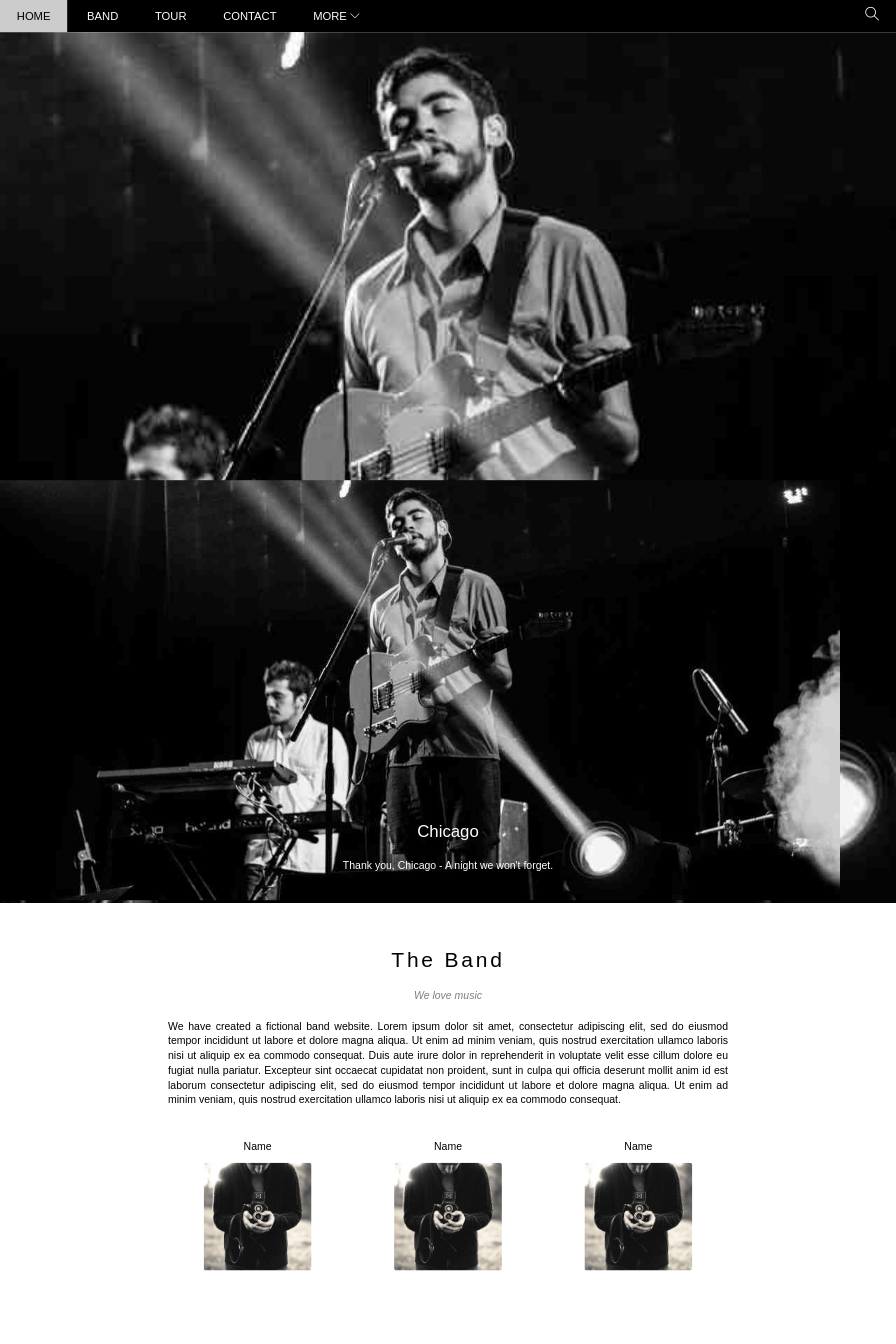
Repository: ducvui2003/LTCB
Page: index.html
The author's editor kept a copy of each file at every save. The page is drawn from the files as they stood at one save, then again after the next save.
The browser window is 1280 px wide. The pictures show the part of the page from y = 0 to 1920 px (the page is 4108 px tall before and 3504 px after), at 70% of full size.

Above is the page before, as saved 2022-01-16 09:13:58.

### index.html
<!DOCTYPE html>
<html lang="en">

<head>
    <meta charset="UTF-8">
    <meta http-equiv="X-UA-Compatible" content="IE=edge">
    <meta name="viewport" content="width=device-width, initial-scale=1.0">
    <title>The Band</title>
    <link rel="icon" type="image/x-icon" href="https://cdn-icons-png.flaticon.com/512/1753/1753311.png">
    <link rel="stylesheet" href="./assest/Css/styles.css">
    <link rel="stylesheet" href="./assest/Fonts/themify-icons-font (1)/themify-icons/themify-icons.css">
</head>

<body>
    <div id="main">
        <!-- Begin: Header -->
        <div id="header">
            <!-- Begin: Nav -->
            <ul id="nav">
                <li>
                    <a href="#">Home</a></li>
                <li>
                    <a href="#band">Band</a>
                </li>
                <li>
                    <a href="#tour">Tour</a>
                </li>
                <li>
                    <a href="#contact">Contact</a>
                </li>
                <li>
                    <a href="#">
                        More
                        <!-- icons -->
                        <i class="nav-arrow-down ti-angle-down"></i>
                    </a>
                    <ul class="subnav">
                        <li>
                            <a href="">Merchandise</a>
                        </li>
                        <li>
                            <a href="">Extras</a>
                        </li>
                        <li>
                            <a href="">Media</a>
                        </li>
                    </ul>
                </li>
            </ul>
            <!-- End: Nav -->
            <!-- Begin: Search button -->
            <div class="search-button">
                <i class="search-icon ti-search"></i>
            </div>
            <!-- End: Search button -->
        </div>
        <!-- End: Header -->

        <!-- Begin: Slides -->
        <div id="slides">
            <img src="./assest/Img/Slides/slide1.jpg" alt="Chicago">
            <div class="text-content">
                <h2 class="text-heading">Chicago</h2>
                <div class="text-paragraph">Thank you, Chicago - A night we won't forget.
                </div>
            </div>
        </div>
        <!-- End: Slides -->

        <!-- Begin: Content -->
        <div id="content">

            <!-- About section -->
            <div id="band" class="content-section">
                <h1 class="section-heading">The Band</h1>
                <p class="section-sub-heading">We love music

                </p>
                <p class="content-text">We have created a fictional band website. Lorem ipsum dolor sit amet, consectetur adipiscing elit, sed do eiusmod tempor incididunt ut labore et dolore magna aliqua. Ut enim ad minim veniam, quis nostrud exercitation ullamco laboris nisi
                    ut aliquip ex ea commodo consequat. Duis aute irure dolor in reprehenderit in voluptate velit esse cillum dolore eu fugiat nulla pariatur. Excepteur sint occaecat cupidatat non proident, sunt in culpa qui officia deserunt mollit anim
                    id est laborum consectetur adipiscing elit, sed do eiusmod tempor incididunt ut labore et dolore magna aliqua. Ut enim ad minim veniam, quis nostrud exercitation ullamco laboris nisi ut aliquip ex ea commodo consequat.</p>

                <!-- Team section -->
                <div class="row member-list">
                    <div class="col col-third text-align">
                        <p class="member-name">Name</p>
                        <img src="./assest/Img/Teams/membersAvatar.jpg" alt="Name" class="member-avatar">
                    </div>

                    <div class="col col-third text-align">
                        <p class="member-name">Name</p>
                        <img src="./assest/Img/Teams/membersAvatar.jpg" alt="Name" class="member-avatar">
                    </div>

                    <div class="col col-third text-align">
                        <p class="member-name">Name</p>
                        <img src="./assest/Img/Teams/membersAvatar.jpg" alt="Name" class="member-avatar">
                    </div>

                </div>
            </div>

            <!-- Tour section -->
            <div id="tour" class="tour-section">
                <div class="content-section">
                    <h1 class=" text-white section-heading">TOUR DATES</h1>
                    <p class="text-white section-sub-heading">Remember to book your tickets!</p>

                    <!-- Ticket-list -->
                    <ul class="ticket-list">
                        <li>September<span class="sold-out">Sold out</span></li>
                        <li>October<span class="sold-out">Sold out</span></li>
                        <li>November <span class="quantity">3</span></li>
                    </ul>

                    <!-- Places -->
                    <div class="row place-list">
                        <!-- Place 1 -->
                        <div class="col col-third">
                            <img src="./assest/Img/Places/place1.jpg" alt="New York" class="place-img">
                            <div class="place-body">
                                <h3 class="place-heading">New York</h3>
                                <p class="place-time">Fri 27 Nov 2016</p>
                                <p class="place-desc">Praesent tincidunt sed tellus ut rutrum sed vitae justo.</p>
                                <button class="btn js-buy-ticket">Buy Tickets</button>
                            </div>
                        </div>
                        <!-- Place 2 -->
                        <div class="col col-third">
                            <img src="./assest/Img/Places/place2.jpg" alt="Paris" class="place-img">
                            <div class="place-body">
                                <h3 class="place-heading">Paris</h3>
                                <p class="place-time">Sat 28 Nov 2016</p>
                                <p class="place-desc">Praesent tincidunt sed tellus ut rutrum sed vitae justo.</p>
                                <button class="btn js-buy-ticket">Buy Tickets</button>
                            </div>
                        </div>
                        <!-- Place 3 -->
                        <div class="col col-third">
                            <img src="./assest/Img/Places/place3.jpg" alt="San Francisco" class="place-img">
                            <div class="place-body">
                                <h3 class="place-heading">San Francisco</h3>
                                <p class="place-time">Sun 29 Nov 2016</p>
                                <p class="place-desc">Praesent tincidunt sed tellus ut rutrum sed vitae justo.</p>
                                <button class="btn js-buy-ticket">Buy Tickets</button>
                            </div>
                        </div>

                    </div>
                </div>
            </div>

            <!-- Contact-section -->
            <div id="contact" class="content-section">
                <h1 class="section-heading">CONTACT</h1>
                <p class="section-sub-heading">Fan? Drop a note! </p>

                <div class="row contact-content">
                    <div class="col col-half contact-info">
                        <p><i class="ti-location-pin"></i>Chicago, US</p>
                        <p><i class="ti-mobile"></i>Phone: +00 151515</p>
                        <p><i class="ti-email"></i>Email: mail@mail.com</p>
                    </div>
                    <div class="col col-half contact-form">
                        <!-- Form -->
                        <form action="">
                            <div class="row ">

                                <div class="col col-half ">
                                    <input type="text" required placeholder="Name" class="form-control">
                                </div>

                                <div class="col col-half">
                                    <input type="email" required placeholder="Email" class="form-control">
                                </div>

                            </div>
                            <div class="row mt-8">
                                <div class="col col-full">
                                    <input type="text" required placeholder="Message" class="form-control">
                                </div>
                            </div>
                            <input class=" btn mt-16 pull-right" type="submit" value="SEND">
                        </form>
                    </div>

                </div>
            </div>
        </div>
        <!-- End: Content-section -->

        <div class="map-section"><img src="./assest/Img/map.jpg" alt="Map"></div>
        <!-- End: Content -->

        <!-- Begin: Footer -->
        <div id="footer">
            <div class="social-list">
                <a href=""><i class="ti-facebook"></i></a>
                <a href=""><i class="ti-instagram"></i></a>
                <a href=""><i class="ti-github"></i></a>
                <a href=""><i class="ti-pinterest"></i></a>
                <a href=""><i class="ti-twitter-alt"></i></a>
                <a href=""><i class="ti-linkedin"></i></a>
            </div>
            <p class="copyrigth">Powered by <a href="">w3.css</a></p>
        </div>
        <!-- End: Footer -->

    </div>
    </div>

    <!-- Modal -->
    <div class="modal js-modal">

        <div class="modal-container js-modal-container">
            <div class="modal-close js-modal-close">
                <ti class="ti-close"></ti>
            </div>

            <!-- Thẻ header dùng y như thẻ div -->
            <header class="heading-modal">
                <i class="ti-bag">
            Tickets
            </i>
            </header>

            <div class="modal-body">
                <!-- quantity is id of input, it help user focus in label -->
                <label for="ticket-quantity" class="modal-label">
                    <i class="ti-shopping-cart"></i>
                    Tickets, $15 per person
                </label>
                <input id="ticket-quantity" type="text" class="modal-input" placeholder="How many?">

                <!-- quantity is id of input, it help user focus in label -->
                <label for="ticket-email" class="modal-label">
                    <i class="ti-user"></i>
                    Send To
                </label>
                <input id="ticket-email" type="email" class="modal-input" placeholder="Enter email">
                <button class="pay-ticket">
                    Pay
                    <i class="ti-check">
                    </i>
                </button>
            </div>

            <footer class="modal-footer">
                <p class="modal-help">Need <a href="">help?</a></p>
            </footer>
        </div>
    </div>


    <script>
        // querySelectorAll: Lấy ra tất cả
        const buyBtns = document.querySelectorAll('.js-buy-ticket')
            // querySelector: Lấy ra 1 thành phần
        const modal = document.querySelector('.modal')
        const modalClose = document.querySelector('.js-modal-close')
        const modalContainer = document.querySelector('.js-modal-container')

        // Function use to show modal tickets(add open to .modal)
        function showBuyTickets() {
            modal.classList.add('open')
        }

        // Function use to hide modal tikets (remove open of .modal)
        function hideBuyTickets() {
            modal.classList.remove('open')
        }

        // Loop 3 button and listen Event Click
        // Run 3 rounds
        for (const buyBtn of buyBtns) {
            // addEventListner: lắng nghe hành vi người dung (click chuột) bên trong là thao tác kèm theo đó là hành động xảy ra sau khi click vào đó, ở đây t để 1 hàm sau dâu (,) để show menu ticket
            buyBtn.addEventListener('click', showBuyTickets)
        }
        // Listen Event when user clicked button close

        modalClose.addEventListener('click', hideBuyTickets)

        modal.addEventListener('click', hideBuyTickets)

        modalContainer.addEventListener('click', function(event) {
            event.stopPropagation()
        })
    </script>
</body>

</html>

### assest/Css/styles.css
/* Common */

* {
    padding: 0;
    margin: 0;
    box-sizing: border-box;
}

html {
    scroll-behavior: smooth;
    font-family: Arial, Helvetica, sans-serif;
}


/* .clear {
    clear: both;
} */

.mt-8 {
    margin-top: 8px !important;
}

.mt-16 {
    margin-top: 16px !important;
}

.text-white {
    color: white !important;
}

.text-align {
    text-align: center !important;
}

.row {
    margin: 0px -8px;
}

.pull-right {
    float: right !important;
}

.btn {
    color: white;
    background-color: black;
    text-decoration: none;
    display: inline-block;
    padding: 11px 16px;
    margin-top: 15px;
    border: none;
    font-size: 15px;
}

.btn:hover {
    color: black;
    background-color: #ccc;
    cursor: pointer;
}


/* peasudo class  */

.row::after {
    content: "";
    display: block;
    clear: both;
}

.col {
    float: left;
    padding: 0 8px;
}

.col-full {
    width: 100%;
}

.col-half {
    width: 50%;
}

.col-third {
    width: calc(100% / 3);
}


/* main */

#main {}

#header {
    position: fixed;
    top: 0;
    right: 0;
    left: 0;
    /* fixed đang nổi lên nó sẽ nhường vị trí cho div slides tiếp theo */
    height: 46px;
    background-color: black;
    z-index: 1;
    /* dùng để thêm vào thẻ fixed nhằm đẩy block lên trên các block khác theo chiều cao, giá trị là 0, 1,... */
}

#nav {
    display: inline-block;
    /* display để thẻ nav chỉ dài đúng nội dung của nó thôi */
}

#nav,
.subnav {
    list-style: none;
}

#nav>li {
    display: inline-block;
}

#nav li {
    position: relative;
}

#nav>li>a {
    color: white;
    text-transform: uppercase;
    /* chinh chu thuong thanh hoa */
}

#nav li a {
    text-decoration: none;
    line-height: 46px;
    padding: 0 24px;
    display: block;
}

#nav li:hover .subnav {
    display: block;
}

#nav>li:hover>a,
#nav .subnav li:hover a {
    background-color: #ccc;
    color: black;
}

#nav li:hover a {
    /* line-height: 46px; */
}

#nav .subnav {
    display: none;
    position: absolute;
    top: 46px;
    background-color: #fff;
    box-shadow: 0 0 10px rgba(0, 0, 0, 0.3);
}

#nav .subnav li a {
    color: black;
    padding: 0 16px;
    line-height: 38px;
    width: 160px;
}

#nav .nav-arrow-down {
    font-size: 14px;
}

#header .search-button {
    float: right;
    /* thẻ search-button là thẻ div, có tính kế thừa chiều ngang, nên khi float vào sẽ vô hiệu hoá tính kế thừa chiều ngang đó */
    line-height: 46px;
    padding: 0 24px;
}

#header .search-button:hover {
    background-color: #f44336;
    cursor: pointer;
    /* Dùng để thay đổi con trỏ chuột khi di vào */
}

#header .search-icon {
    color: white;
    font-size: 20px;
}

#slides {
    /* min-height: 1000px; */
    /* background-color: pink; */
    background: url("/assest/Img/Slides/slide1.jpg") top center / cover no-repeat;
    position: relative;
    /* 50% chieu ngang cua chinh the do */
    /* shorthand */
    margin-top: 46px;
    padding-top: 50%;
}

#slides .text-content {
    position: absolute;
    bottom: 46px;
    left: 50%;
    /* Cách lề trái 50% chiều ngang */
    transform: translateX(-50%);
    /* Dùng để lùi thẻ theo trục X 50% chiều dài -> Mục đích kết hợp vs transform để căn giữa block */
    color: white;
    text-align: center;
    /* Dùng để căn giữa content, ko dùng để căn block */
    /* cách 2: Thêm width: 100% */
    /* /* cách 3 left: 0 right: 0; */
}

#slides .text-heading {
    font-weight: 500;
    /* dùng để điều chỉnh lại độ dày của chữ, giá trị từ 100-1000  */
    font-size: 24px;
    margin-bottom: 25px;
}

#slides .text-paragraph {
    font-size: 15px;
}

#content {}

#content .content-section {
    width: 800px;
    padding: 64px 0 112px;
    margin-left: auto;
    margin-right: auto;
}

#content .section-heading {
    font-size: 30px;
    font-weight: 500;
    text-align: center;
    letter-spacing: 4px;
}

#content .section-sub-heading {
    font-size: 15px;
    text-align: center;
    margin-top: 25px;
    font-style: italic;
    opacity: 0.5;
}

#content .content-text {
    font-size: 15px;
    margin-top: 25px;
    text-align: justify;
    /* Can deu van ban */
    line-height: 1.4;
    /* Khoang cach giua 2 hang chu */
}

#content .member-list {
    margin-top: 48px;
    /* overflow: hidden; */
}

#content .member-name {
    font-size: 15px;
}

#content .member-avatar {
    margin-top: 15px;
    width: 154px;
    /* Dung the <img> thì chỉ cần đặt 1 chiều */
    border-radius: 4px;
    /* Dùng để tạo bo góc của ảnh */
}


/* Tour-section */

#content .tour-section {
    background-color: black;
}


/* Ticket-list */

.ticket-list {
    background-color: white;
    margin-top: 40px;
}

.ticket-list li {
    font-size: 15px;
    padding: 11px 16px;
    border-bottom: 1px solid #ddd;
    color: #757575;
    list-style: none;
}

.ticket-list .sold-out {
    color: white;
    background-color: #f44336;
    margin-left: 16px;
    padding: 3px 4px;
}

.ticket-list .quantity {
    float: right;
    width: 24px;
    height: 24px;
    border-radius: 50%;
    /* Tao bop goc deu de co hinh tron */
    text-align: center;
    line-height: 24px;
    background-color: black;
    color: white;
    margin: -2px;
    /* Có thẻ float nên có thuộc tính block -> xét đc width, height, dùng đc margin (-) */
}


/* Place-list */

.place-list {
    margin-top: 32px;
}


/* .place-ticket {
    width: calc(100% / 3);
} */

.place-img {
    width: 100%;
    display: block;
}

.place-img:hover {
    opacity: 0.6;
}

.place-body {
    background-color: white;
    padding: 16px;
    font-size: 15px;
    /* font-size có tính kế thừa */
}

.place-heading {
    font-size: 15px;
    font-weight: 600;
}

.place-time {
    margin-top: 15px;
    color: #757575;
}

.place-desc {
    margin-top: 15px;
    line-height: 1.4;
}


/* Contact -form */

.contact-content {
    margin-top: 48px;
}

.contact-info {
    font-size: 15px;
    line-height: 1.5;
}

.contact-info i[class*="ti-"] {
    width: 30px;
    display: inline-block;
}

.contact-form {
    font-size: 15px;
}

.contact-form .form-control {
    padding: 10px;
    border: 1px solid #ccc;
    width: 100%;
}


/* .form-submit-btn {
    color: white;
    background-color: black;
    padding: 8px 16px;
    border: 1px solid black;
    float: right;
} */

.map-section img {
    width: 100%;
}


/* Footer */

#footer {
    padding: 64px 16px;
    text-align: center;
}

#footer .social-list {
    margin-bottom: 15px;
    font-size: 24px;
}

#footer .social-list a {
    color: rgba(0, 0, 0, 0.6);
    text-decoration: none;
}

#footer .copyrigth a:hover,
#footer .social-list a:hover {
    color: rgba(0, 0, 0, 0.4);
}

#footer .copyrigth {
    font-size: 15px;
    color: rgba(0, 0, 0, 0.6);
}

#footer .copyrigth a {
    color: rgba(0, 0, 0, 0.6);
}


/* Modal */

.modal {
    /* Create Overlay */
    position: fixed;
    left: 0;
    right: 0;
    top: 0;
    bottom: 0;
    background-color: rgba(0, 0, 0, 0.4);
    /* Flex-box */
    /* Căn items theo chiều cao */
    align-items: center;
    /* Căn items theo chiều ngang */
    justify-content: center;
    display: none;
}

.modal.open {
    display: flex;
}

.modal-container {
    background-color: #fff;
    width: 900px;
    max-width: calc(100% - 32px);
    min-height: 200px;
    position: relative;
    animation: modalFadeIn ease 0.5s;
}

.modal-container .modal-close {
    position: absolute;
    top: 0;
    right: 0;
    font-size: 24px;
    color: white;
    /* Make Icon large */
    padding: 12px;
}

.modal-container .modal-close:hover {
    color: black;
    background-color: #ccc;
    cursor: pointer;
    opacity: 0.8;
}

.heading-modal {
    width: 100%;
    height: 129px;
    /* flex */
    display: flex;
    align-items: center;
    justify-content: center;
    background-color: #009688;
    font-size: 30px;
    color: white;
    font-family: 'Segoe UI', Tahoma, Geneva, Verdana, sans-serif;
    letter-spacing: 4px;
}

.modal-body {
    padding: 16px;
}

.modal-label {
    display: block;
    font-size: 15px;
    margin-bottom: 12px;
}

.modal-input {
    padding: 8px;
    border: 1px solid #ccc;
    width: 100%;
    font-size: 15px;
    margin-bottom: 24px;
}

.pay-ticket {
    width: 100%;
    padding: 18px;
    background-color: #009688;
    color: white;
    font-size: 15px;
    border: 0px none;
    text-transform: uppercase;
}

.pay-ticket:hover {
    color: black;
    background-color: #ccc;
    cursor: pointer;
    opacity: 0.9;
}

.modal-footer {
    padding: 16px;
    text-align: right;
}

.modal-footer .modal-help a {
    color: #2196F3;
}


/* animation */

@keyframes modalFadeIn {
    from {
        opacity: 0;
        transform: translateY(-140px);
    }
    to {
        opacity: 1;
        transform: translateY(0);
    }
}

Loaded but not shown: assest/Fonts/themify-icons-font (1)/themify-icons/themify-icons.css (common file)

After the next save:
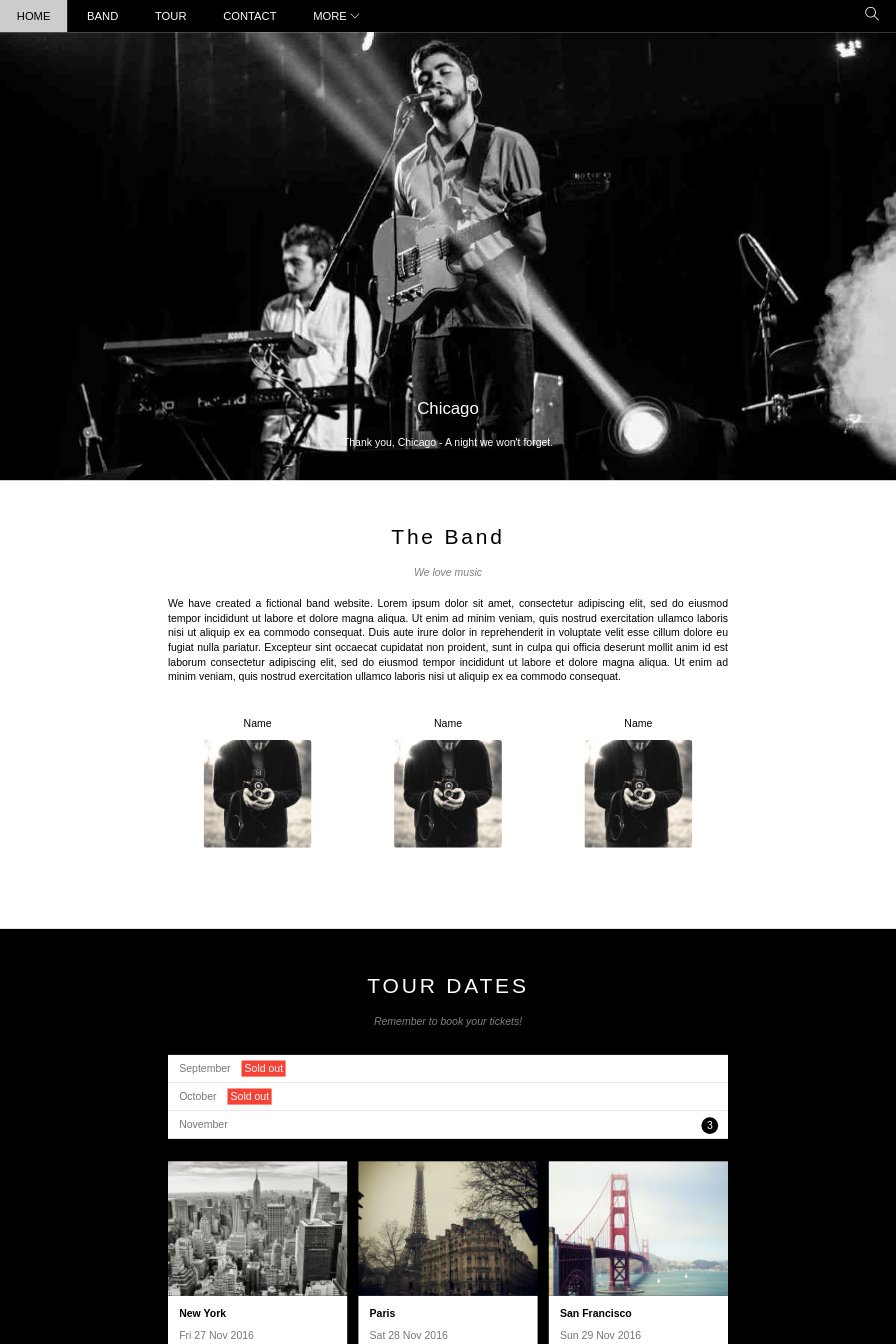
Saved 5 s later.
--- a/index.html
+++ b/index.html
@@ -58,7 +58,7 @@
 
         <!-- Begin: Slides -->
         <div id="slides">
-            <img src="./assest/Img/Slides/slide1.jpg" alt="Chicago">
+
             <div class="text-content">
                 <h2 class="text-heading">Chicago</h2>
                 <div class="text-paragraph">Thank you, Chicago - A night we won't forget.
